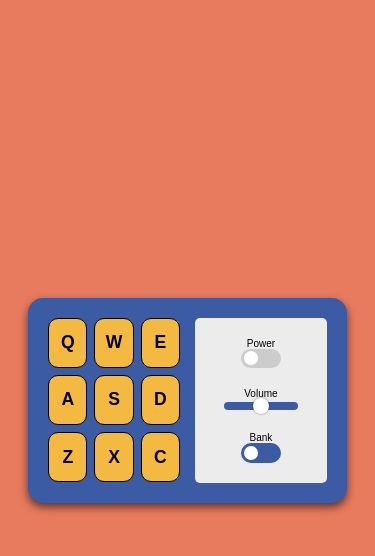
Repository: alfredoleano/drum-machine
Page: /
The author's editor kept a copy of each file at every save. The page is drawn from the files as they stood at one save, then again after the next save.
The browser window is 375 px wide. The pictures show the whole page.
The project was rebuilt for these pictures with package versions that can differ from the ones it lists, and the page was loaded fresh each time.

Above is the page before, as saved 2024-06-11 20:36:28.

After the next save:
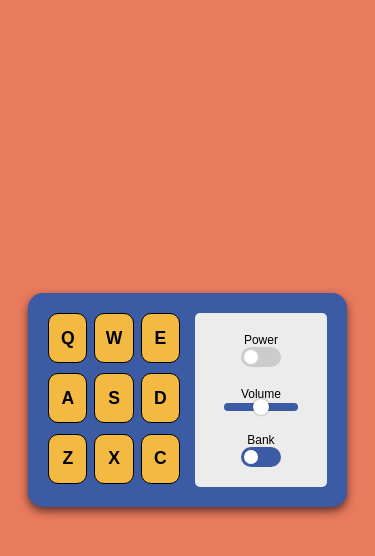
Saved 5 s later.
--- a/src/styles.scss
+++ b/src/styles.scss
@@ -258,7 +258,7 @@ input[type="range"]::-ms-track {
   //   height: 85vw;
   // }
   body {
-    font-size: 10px;
+    font-size: 12px;
   }
 
   .buttons-grid button {
